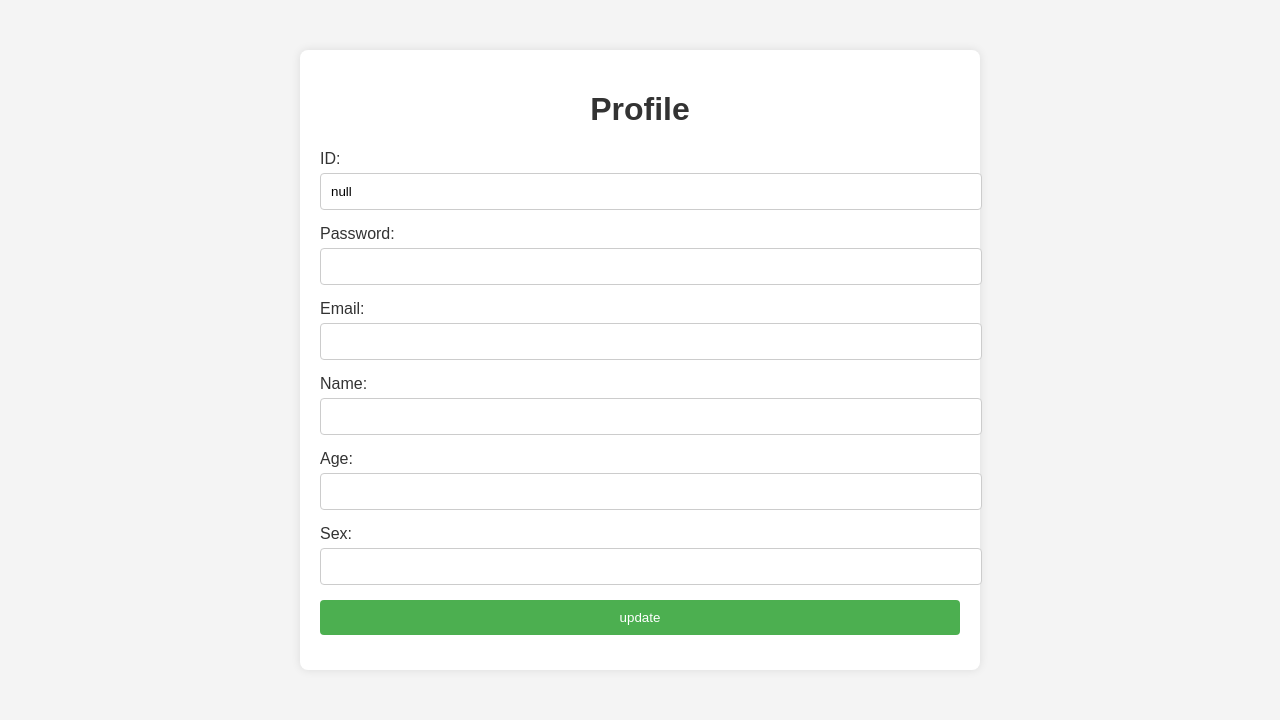
Repository: LifeIsRightward/WebServer
Page: http://localhost/JSPBook/Project/profile.jsp
An editor plug-in stored every save of this project. The page is shown before and after the next save, followed by the edit.
The browser window is 1280 px wide. The pictures show the whole page.
The page is served by Tomcat 9. Other server files are loaded and not shown.

Above is the page before, as saved 2024-06-06 17:32:47.

### JSPBook/src/main/webapp/Project/profile.jsp
<%@ page language="java" contentType="text/html; charset=EUC-KR"
    pageEncoding="EUC-KR"%>
<!DOCTYPE html>
<html>
<head>
<meta charset="EUC-KR">
<link rel="stylesheet" href="css/profile.css" type="text/css">
<title>Profile</title>
</head>
<body>
	<%@ page import = "javabean.*" %>

	<%
            String uid = "";
            String pw = "";
            String email = "";
            String name = "";
            String age = "";
            String sex = "";
            uid = request.getParameter("id");

            if(uid != null){
                String idnum = uid;
                memberDBCP mDBCP = new memberDBCP();
                member se = mDBCP.getMember(idnum);

                pw = se.getPassword();
                email = se.getEmail();
                name = se.getName();
                age = se.getAge();
                sex = se.getSex();
            }
        %>

    <div class="container">
        <h1>Profile</h1>
        <form method="post" action="profileprocess.jsp">
            <div class="form-group">
                <label for="id">ID:</label>
                <input type="text" name="id" value="<%= uid %>" readonly>
            </div>
            <div class="form-group">
                <label for="password">Password:</label>
                <input type="text" name="password" value="<%= pw %>">
            </div>
            <div class="form-group">
                <label for="email">Email:</label>
                <input type="email" name="email" value="<%= email %>">
            </div>
            <div class="form-group">
                <label for="name">Name:</label>
                <input type="text" name="name" value="<%= name %>">
            </div>
            <div class="form-group">
                <label for="age">Age:</label>
                <input type="text" name="age" value="<%= age %>">
            </div>
            <div class="form-group">
                <label for="sex">Sex:</label>
                <input type="text" name="sex" value="<%= sex %>">
            </div>
            <div class="form-group">
                <input type="submit" value="update" name="update">
            </div>
        </form>
    </div>
</body>
</html>

### JSPBook/src/main/webapp/Project/css/profile.css
@charset "EUC-KR";

body {
        font-family: Arial, sans-serif;
        background-color: #f4f4f4;
        margin: 0;
        padding: 0;
    }
    .container {
        width: 50%;
        margin: 50px auto;
        padding: 20px;
        background-color: white;
        box-shadow: 0 0 10px rgba(0, 0, 0, 0.1);
        border-radius: 8px;
    }
    h1 {
        text-align: center;
        color: #333;
    }
    .form-group {
        margin-bottom: 15px;
    }
    .form-group label {
        display: block;
        margin-bottom: 5px;
        color: #333;
    }
    .form-group input {
        width: 100%;
        padding: 10px;
        border: 1px solid #ccc;
        border-radius: 4px;
    }
    .form-group input[type="submit"] {
        background-color: #4CAF50;
        color: white;
        border: none;
        cursor: pointer;
    }
    .form-group input[type="submit"]:hover {
        background-color: #45a049;
    }

After the next save:
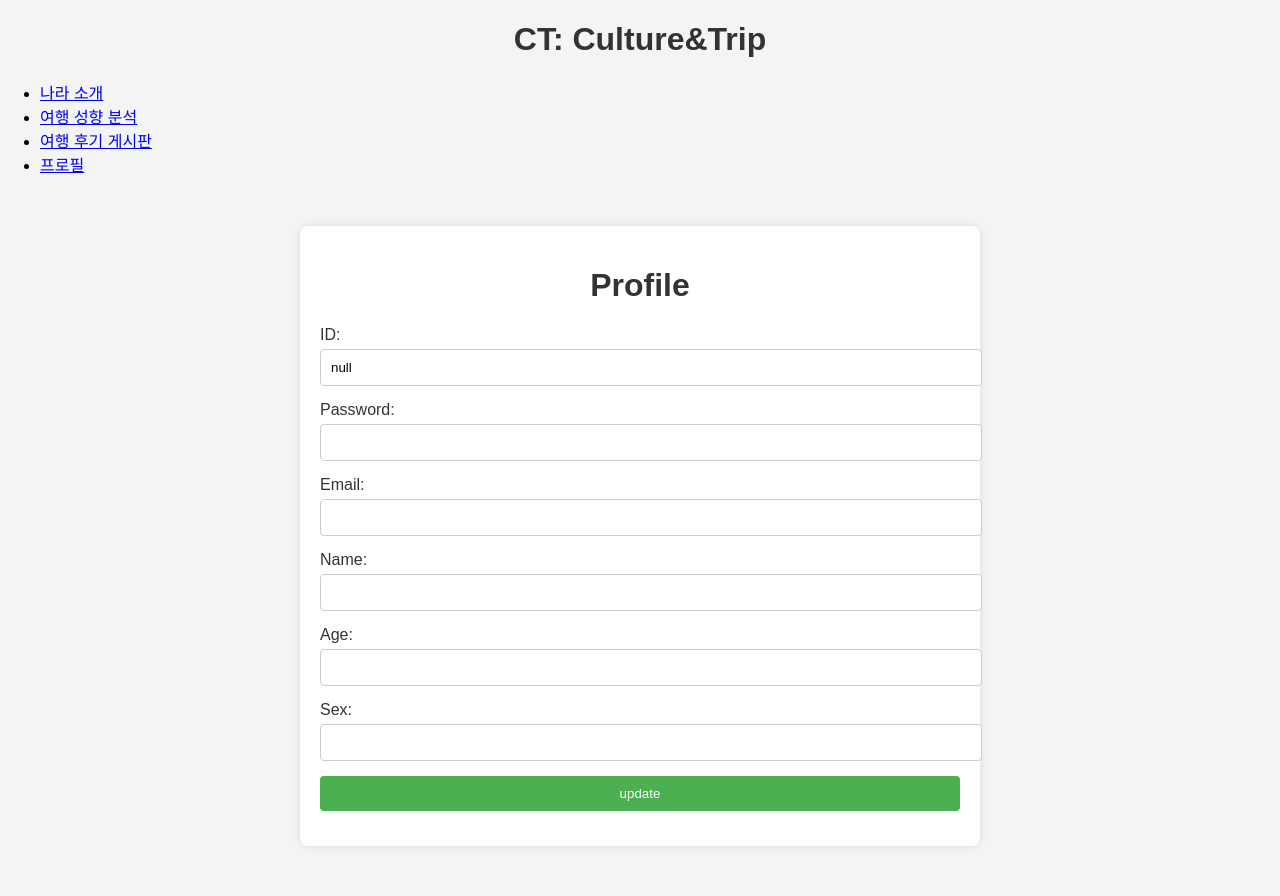
Saved 103 s later.
--- a/JSPBook/src/main/webapp/Project/profile.jsp
+++ b/JSPBook/src/main/webapp/Project/profile.jsp
@@ -31,6 +31,18 @@
                 sex = se.getSex();
             }
         %>
+
+        <header>
+        <h1>CT: Culture&Trip</h1>
+        <nav>
+            <ul>
+                <li><a href="#">나라 소개</a></li>
+                <li><a href="#">여행 성향 분석</a></li>
+                <li><a href="#">여행 후기 게시판</a></li>
+                <li><a href="profile.jsp?id=<%=uid%>">프로필</a></li>
+            </ul>
+        </nav>
+    </header>
 
     <div class="container">
         <h1>Profile</h1>
